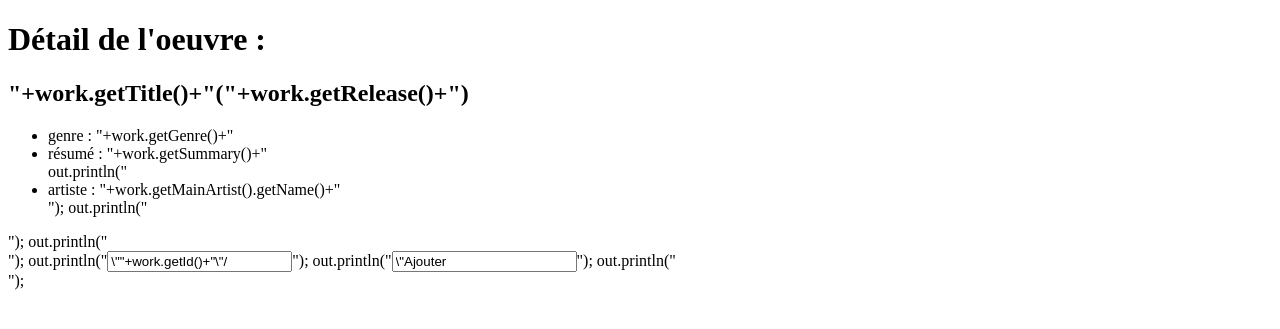
Repository: Fabff/javaWebService
Page: http://localhost/frontoffice/WEB-INF/work-details.jsp
The author's editor kept a copy of each file at every save. The page is drawn from the files as they stood at one save, then again after the next save.
The browser window is 1280 px wide. The pictures show the whole page.
The page is served by Tomcat 9. Nobody is signed in. Other server files are loaded and not shown. The template is opened directly, without the code that normally fills it, so the values that code supplies are empty.

Above is the page before, as saved 2023-04-22 18:53:46.

### frontoffice/src/main/webapp/WEB-INF/work-details.jsp
<%@ page language="java" contentType="text/html; charset=UTF-8"
    pageEncoding="UTF-8"%>
<!DOCTYPE html>
<html>
<head>
<meta charset="UTF-8">
<title>Insert title here</title>
</head>
<body>
<h1>Détail de l'oeuvre : </h1>
<h2>"+work.getTitle()+"("+work.getRelease()+")</h2>
<ul>
<li> genre : "+work.getGenre()+"</li>
<li> résumé : "+work.getSummary()+"</li>
			out.println("<li> artiste : "+work.getMainArtist().getName()+"</li>");
			out.println("</ul>");


			out.println("<form action=\"addToCart\" method=\"POST\">");
			out.println("<input type=\"hidden\" name=\"identifiant\" value=\""+work.getId()+"\"/>");
			out.println("<input type=\"submit\" value=\"Ajouter au caddie\"/>");
			out.println("</form>");
</body>
</html>

After the next save:
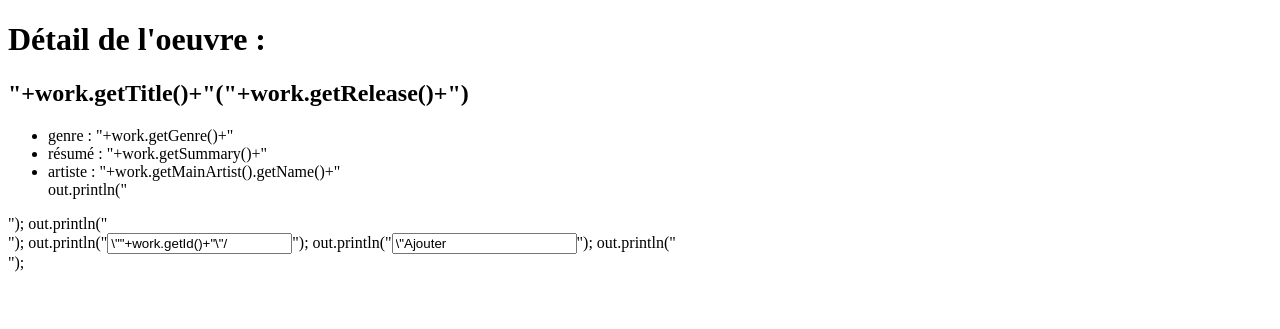
Saved 9 s later.
--- a/frontoffice/src/main/webapp/WEB-INF/work-details.jsp
+++ b/frontoffice/src/main/webapp/WEB-INF/work-details.jsp
@@ -12,7 +12,7 @@
 <ul>
 <li> genre : "+work.getGenre()+"</li>
 <li> résumé : "+work.getSummary()+"</li>
-			out.println("<li> artiste : "+work.getMainArtist().getName()+"</li>");
+<li> artiste : "+work.getMainArtist().getName()+"</li>
 			out.println("</ul>");
 
 
